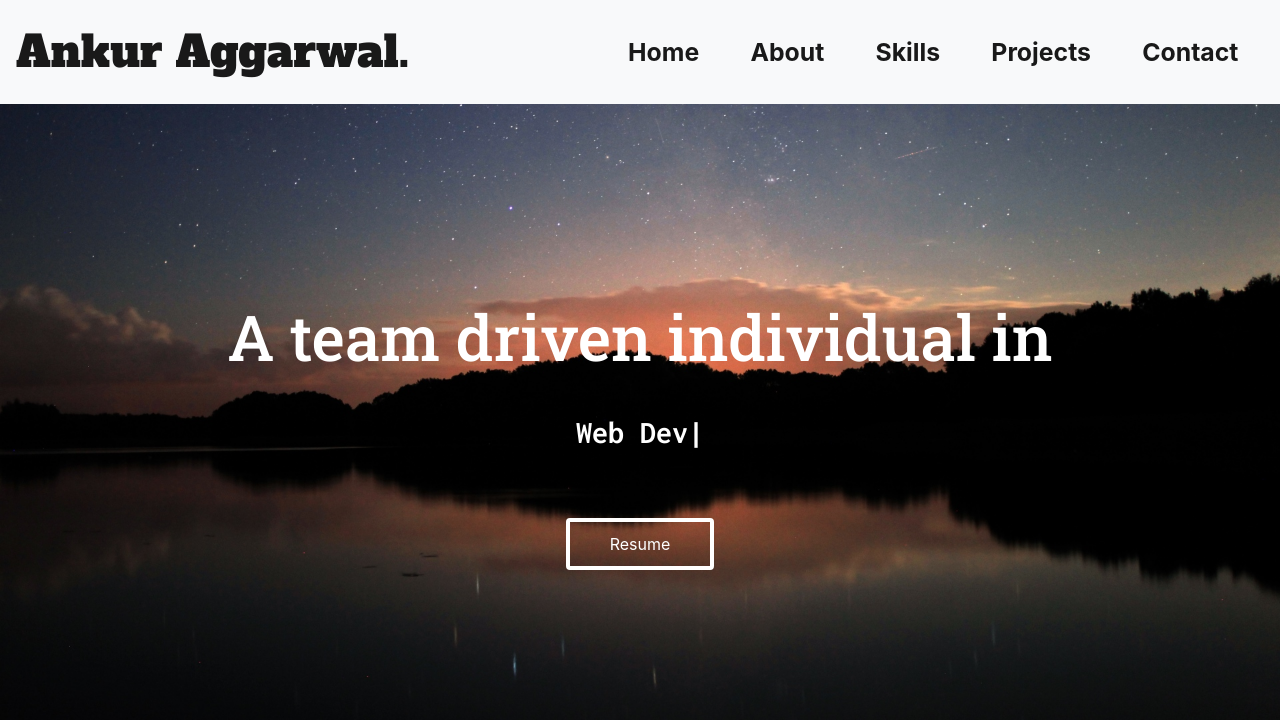
Repository: AnkurDevv/PersonalWebsite
Page: index.html
An editor plug-in stored every save of this project. The page is shown before and after the next save, followed by the edit.
The browser window is 1280 px wide. The pictures show the whole page.
Some web fonts or font styles are not loaded; a fallback is used.

Above is the page before, as saved 2020-09-13 15:22:53.

After the next save:
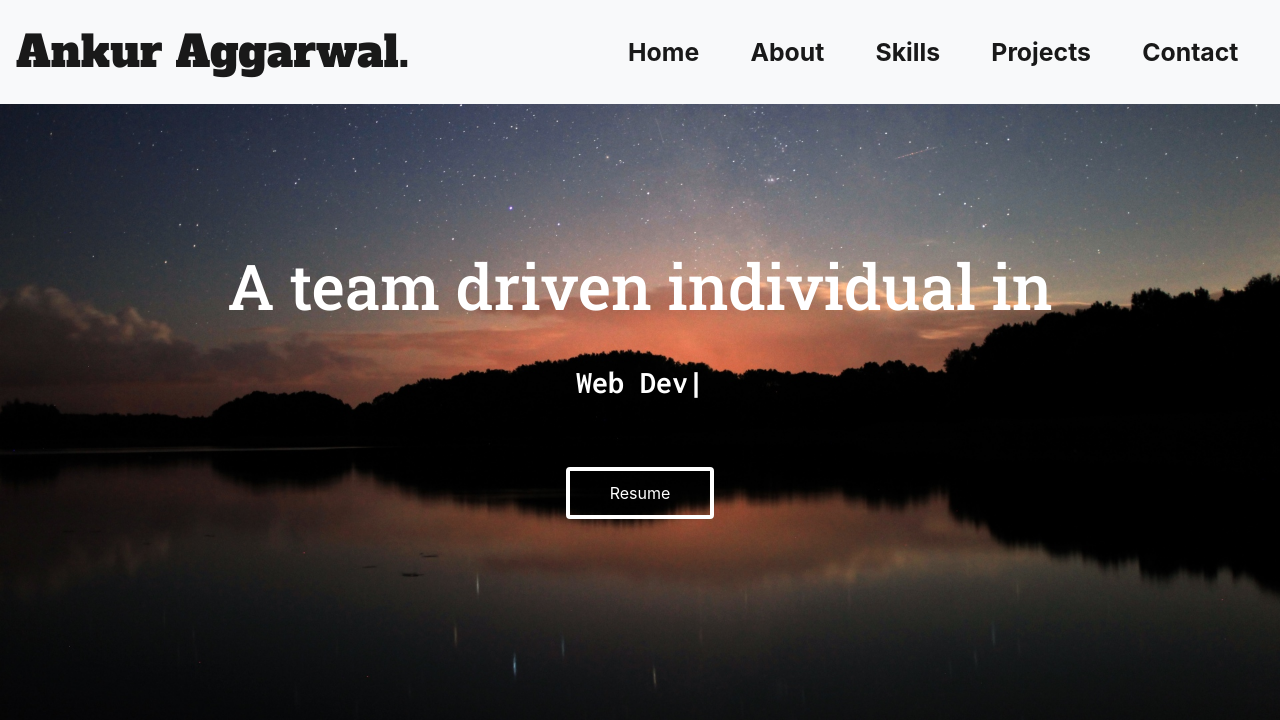
Saved 75 s later.
--- a/style/index.css
+++ b/style/index.css
@@ -55,7 +55,7 @@ header{
 
 #MainNameHeading{
   margin: 0 auto;
-  margin-top: 27vh;
+  margin-top: 20vh;
   font-size: 395%;
   color: white;
   font-family: 'Roboto Slab', serif;
